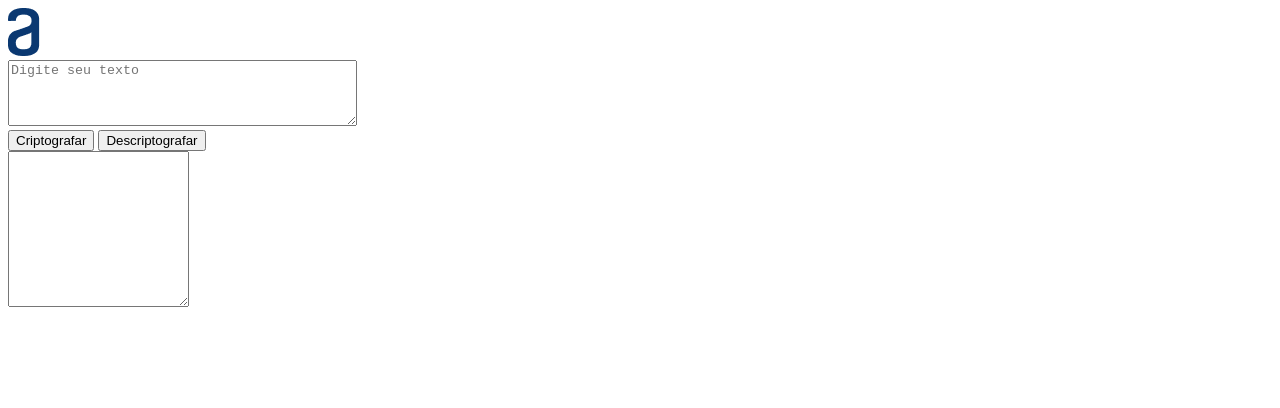
Repository: guilhermecardoso93/decodificador-texto
Page: index.html
An editor plug-in stored every save of this project. The page is shown before and after the next save, followed by the edit.
The browser window is 1280 px wide. The pictures show the whole page.

Above is the page before, as saved 2024-02-28 19:03:36.

After the next save:
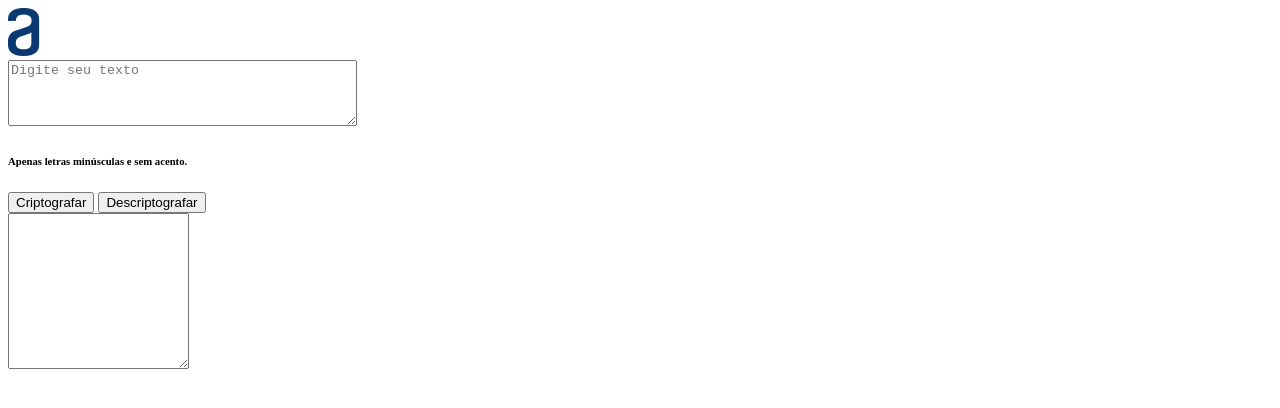
Saved 66 s later.
--- a/index.html
+++ b/index.html
@@ -12,6 +12,9 @@
 
     <section>
       <textarea class="text-area" cols="41" rows="4" placeholder="Digite seu texto"></textarea>
+      <div class="informaçao">
+        <h6>Apenas letras minúsculas e sem acento.</h6>
+      </div>
       <div class="botoes">
         <button class="btn-encriptor">Criptografar</button>
         <button class="btn-descriptor">Descriptografar</button>
